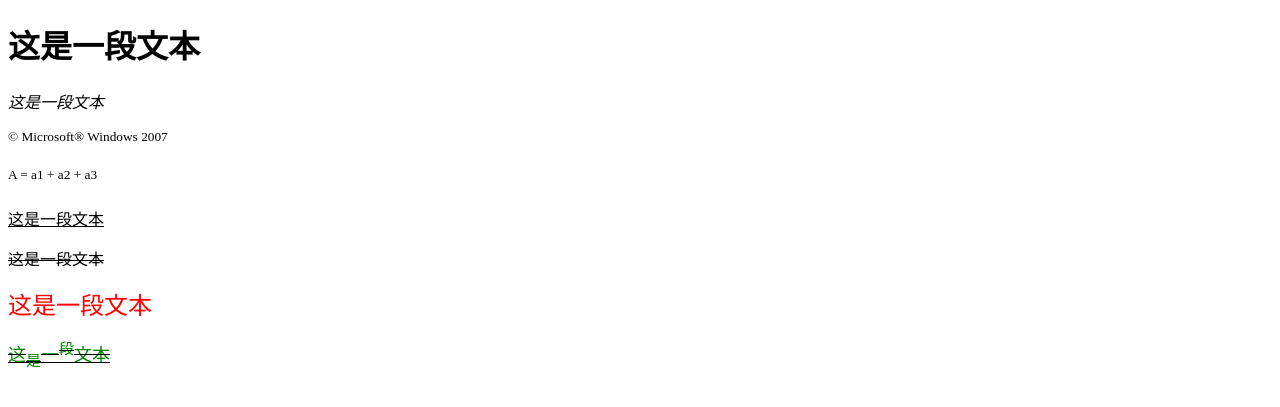
Repository: 13982720426/jsp-homework
Page: JSP实验课作业/JSP实验课1/sy2-1.html
An editor plug-in stored every save of this project. The page is shown before and after the next save, followed by the edit.
The browser window is 1280 px wide. The pictures show the whole page.

Above is the page before, as saved 2021-04-21 20:09:30.

After the next save:
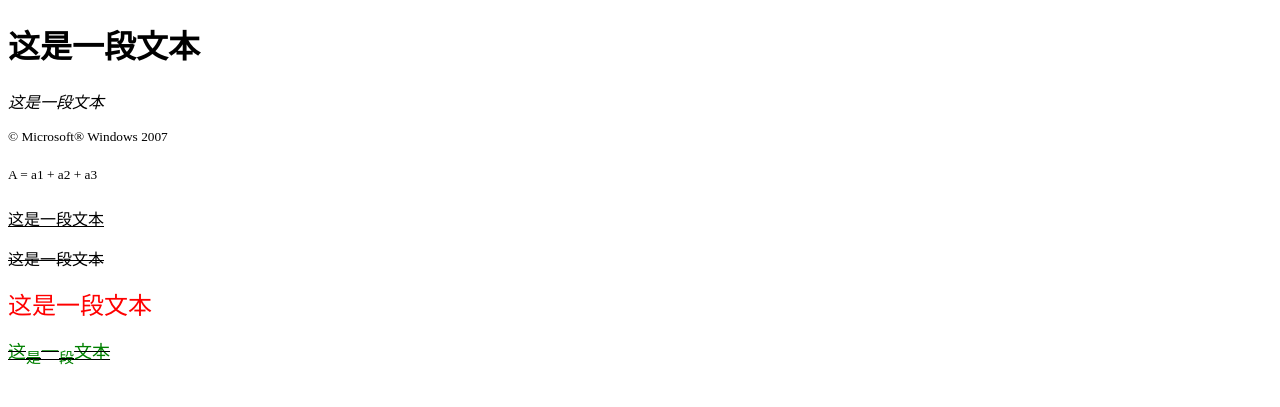
Saved 44 s later.
--- a/JSP实验课作业/JSP实验课1/sy2-1.html
+++ b/JSP实验课作业/JSP实验课1/sy2-1.html
@@ -14,11 +14,11 @@
         <p><sup>A = a1 + a2 + a3</sup>
         <p><u>这是一段文本</u>
         <p><s>这是一段文本</s>
-        <P>
+        <p>
             <font size=5 face="华文彩云" color=red>这是一段文本</font>
-        <P><S><U>
-                    <font size=4 face="隶书" color=green>这<SUB>是</SUB>一<SUP>段</SUP>文本</font>
-                </U></S>
+        <P><s><u>
+                    <font size=4 face="隶书" color=green>这<sub>是</sub>一<sub>段</sub>文本</font>
+                </u></s>
     </div>
 </body>
 
